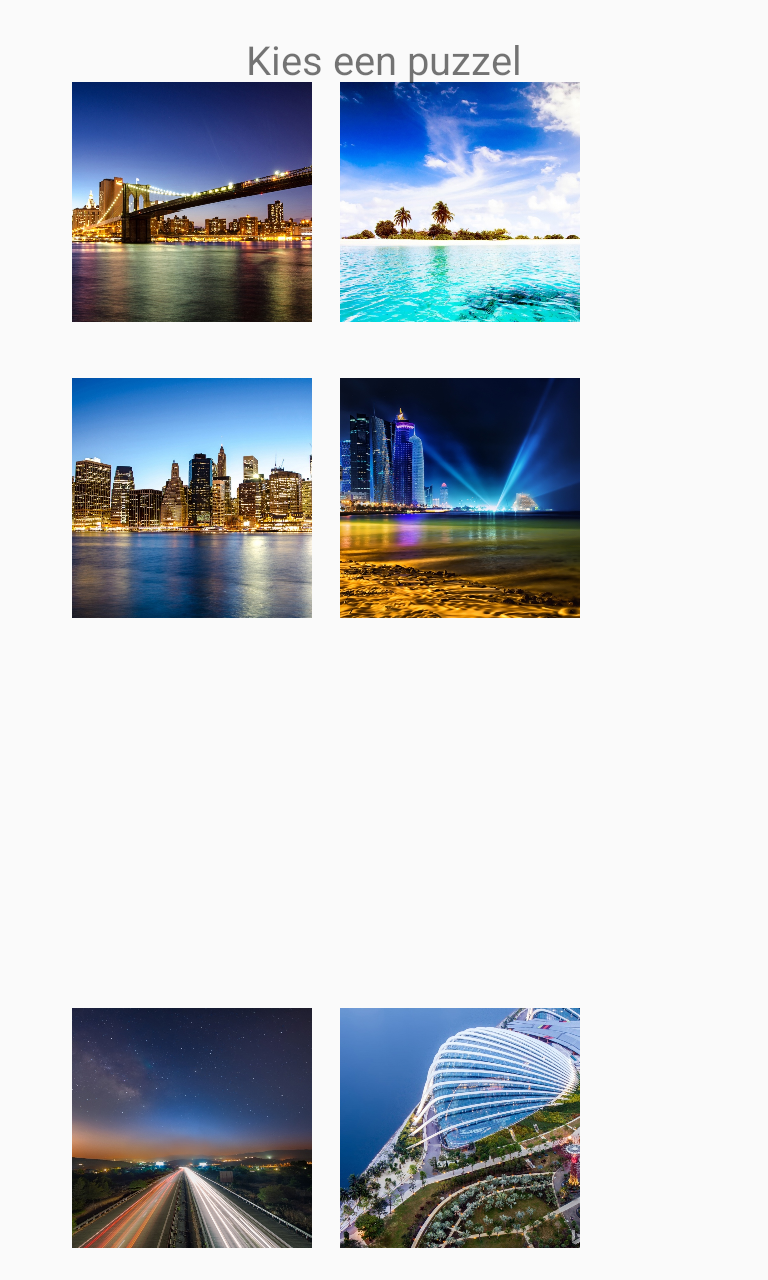
Repository: MarcSelles/nPuzzle10447768
Layout: NPuzzle10447768/res/layout/activity_main.xml
An editor plug-in stored every save of this project. The layout is shown before and after the next save, followed by the edit.
It is drawn on a 768 x 1280 px phone screen (xhdpi) without system bars, with theme AppTheme; the app's code is not run.

Above is the layout before, as saved 2014-11-23 13:32:34.

### NPuzzle10447768/res/layout/activity_main.xml
<RelativeLayout xmlns:android="http://schemas.android.com/apk/res/android"
    xmlns:tools="http://schemas.android.com/tools"
    android:layout_width="match_parent"
    android:layout_height="match_parent"
    android:paddingBottom="@dimen/activity_vertical_margin"
    android:paddingLeft="@dimen/activity_horizontal_margin"
    android:paddingRight="@dimen/activity_horizontal_margin"
    android:paddingTop="@dimen/activity_vertical_margin"
    tools:context="nl.mprog.projects.NPuzzle10447768.MainActivity" >

    <ImageView
        android:id="@+id/imageView1"
        android:layout_width="120dp"
        android:layout_height="120dp"
        android:layout_alignParentLeft="true"
        android:layout_alignParentTop="true"
        android:layout_marginLeft="20dp"
        android:layout_marginTop="25dp"
        android:scaleType="fitXY"
        android:src="@drawable/brooklyn_bridge" />

    <ImageView
        android:id="@+id/imageView2"
        android:layout_width="120dp"
        android:layout_height="120dp"
        android:layout_alignTop="@+id/imageView1"
        android:layout_marginLeft="14dp"
        android:layout_toRightOf="@+id/imageView1"
        android:scaleType="fitXY"
        android:src="@drawable/diggrini_island" />

    <ImageView
        android:id="@+id/imageView3"
        android:layout_width="120dp"
        android:layout_height="120dp"
        android:layout_below="@+id/imageView1"
        android:layout_marginTop="28dp"
        android:layout_toLeftOf="@+id/imageView2"
        android:scaleType="fitXY"
        android:src="@drawable/manhattan_skyline" />

    <ImageView
        android:id="@+id/imageView4"
        android:layout_width="120dp"
        android:layout_height="120dp"
        android:layout_alignLeft="@+id/imageView2"
        android:layout_alignTop="@+id/imageView3"
        android:scaleType="fitXY"
        android:src="@drawable/qatar_skyline" />

    <ImageView
        android:id="@+id/imageView5"
        android:layout_width="120dp"
        android:layout_height="120dp"
        android:layout_alignLeft="@+id/imageView3"
        android:layout_alignParentBottom="true"
        android:scaleType="fitXY"
        android:src="@drawable/rush_hour" />

    <ImageView
        android:id="@+id/imageView6"
        android:layout_width="120dp"
        android:layout_height="120dp"
        android:layout_alignLeft="@+id/imageView4"
        android:layout_alignTop="@+id/imageView5"
        android:scaleType="fitXY"
        android:src="@drawable/singapore_city" />

    <TextView
        android:layout_width="wrap_content"
        android:layout_height="wrap_content"
        android:layout_alignParentTop="true"
        android:layout_centerHorizontal="true"
        android:text="@string/choose_image"
        android:textSize="20sp" />

</RelativeLayout>

### NPuzzle10447768/res/values/strings.xml
<?xml version="1.0" encoding="utf-8"?>
<resources>

    <string name="app_name">NPuzzle10447768</string>
    <string name="hello_world">Hello world!</string>
    <string name="action_settings">Settings</string>
    <string name="choose_image">Kies een puzzel</string>
    <string name="title_activity_the_game">TheGame</string>

</resources>

Loaded but not shown: NPuzzle10447768/res/values/styles.xml (common file); NPuzzle10447768/res/values-v11/styles.xml (common file); NPuzzle10447768/res/values-v14/styles.xml (common file); NPuzzle10447768/res/values/dimens.xml (common file); NPuzzle10447768/res/values-w820dp/dimens.xml (common file)

After the next save:
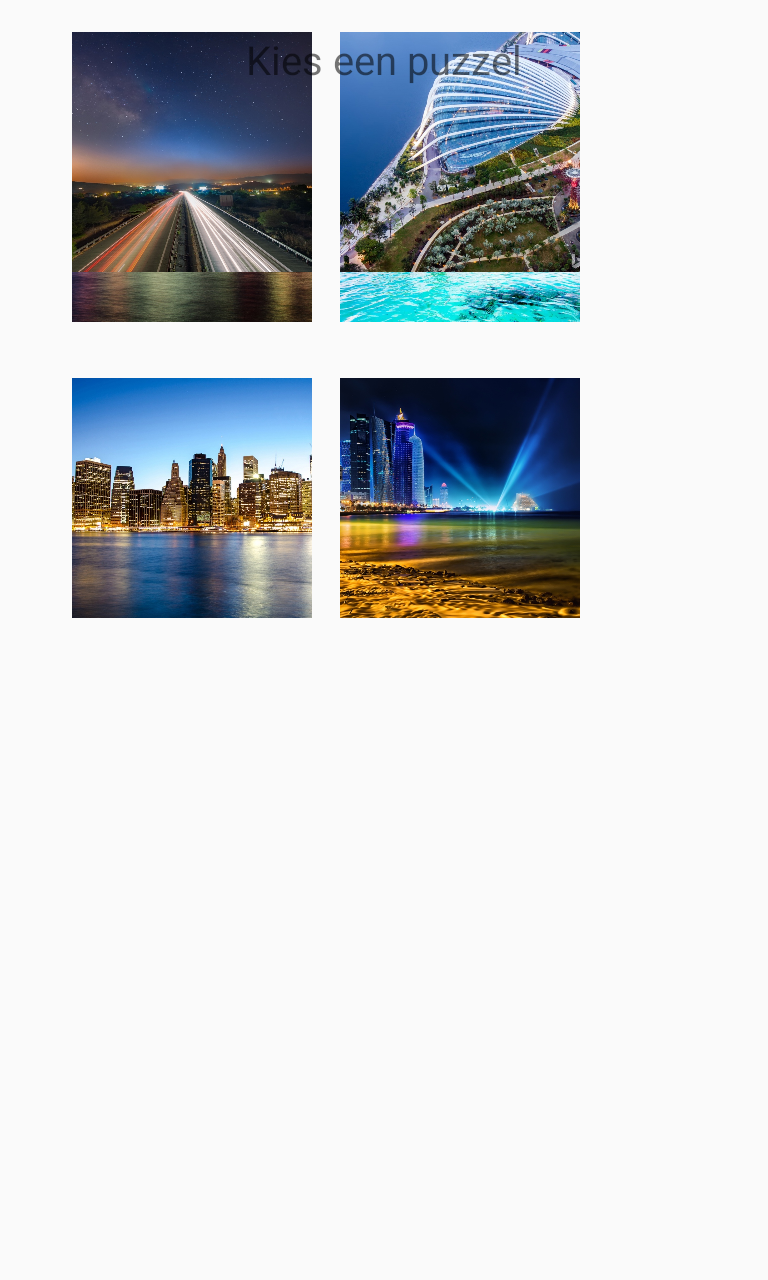
Saved 45 s later.
--- a/NPuzzle10447768/res/layout/activity_main.xml
+++ b/NPuzzle10447768/res/layout/activity_main.xml
@@ -53,7 +53,7 @@
         android:layout_width="120dp"
         android:layout_height="120dp"
         android:layout_alignLeft="@+id/imageView3"
-        android:layout_alignParentBottom="true"
+
         android:scaleType="fitXY"
         android:src="@drawable/rush_hour" />
 

After the save that followed:
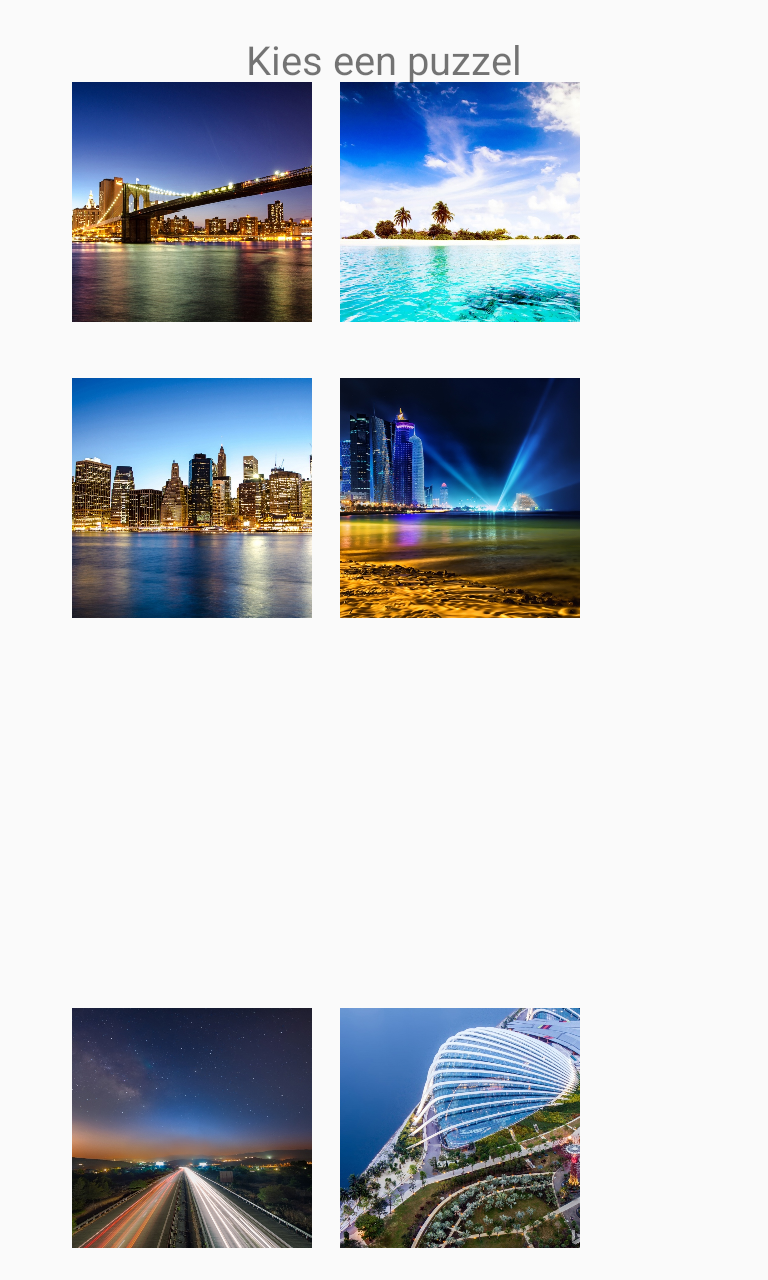
Saved 23 s later.
--- a/NPuzzle10447768/res/layout/activity_main.xml
+++ b/NPuzzle10447768/res/layout/activity_main.xml
@@ -53,7 +53,7 @@
         android:layout_width="120dp"
         android:layout_height="120dp"
         android:layout_alignLeft="@+id/imageView3"
-
+        android:layout_alignParentBottom="true"
         android:scaleType="fitXY"
         android:src="@drawable/rush_hour" />
 
